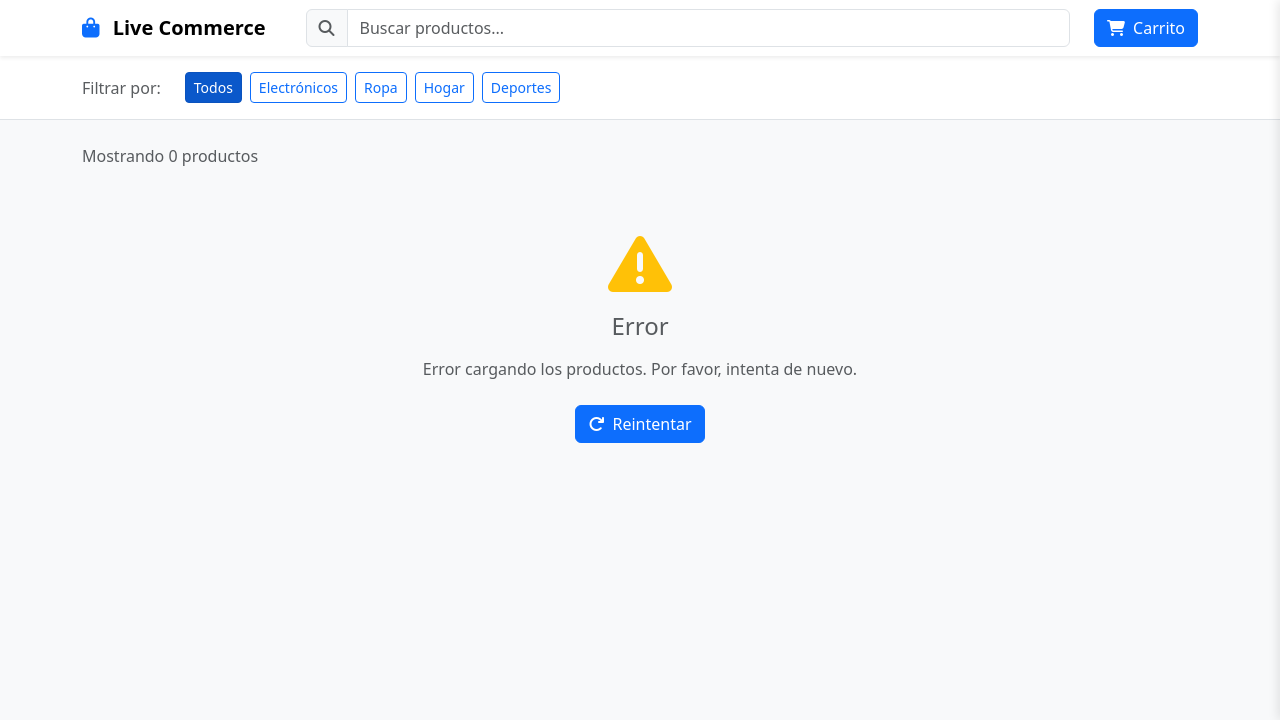
Repository: manucavallera/Jadeshop
Page: frontend/tienda/index.html
An editor plug-in stored every save of this project. The page is shown before and after the next save, followed by the edit.
The browser window is 1280 px wide. The pictures show the whole page.
The page's requests for data from a server got no answer.

Above is the page before, as saved 2025-09-18 15:58:43.

After the next save:
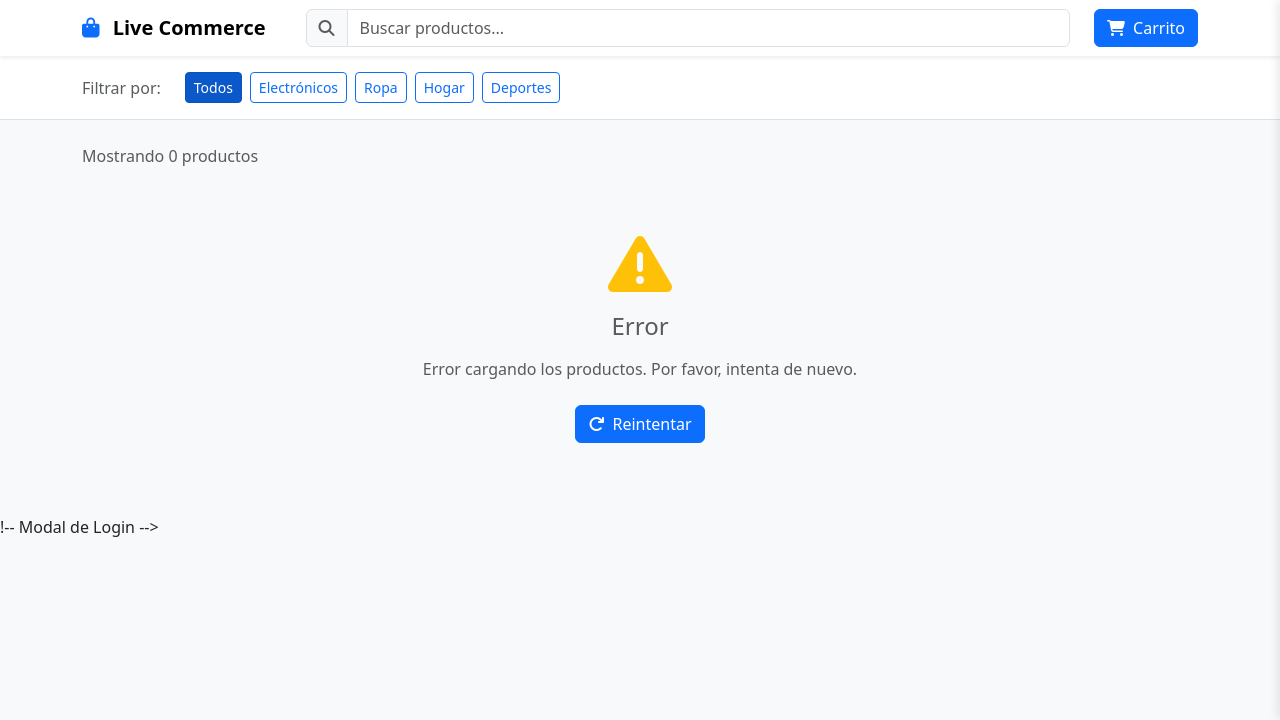
Saved 4 min 51 s later.
--- a/frontend/tienda/index.html
+++ b/frontend/tienda/index.html
@@ -228,6 +228,76 @@
       </div>
     </div>
 
+    !-- Modal de Login -->
+    <div class="modal fade" id="loginModal" tabindex="-1">
+      <div class="modal-dialog">
+        <div class="modal-content">
+          <div class="modal-header">
+            <h5 class="modal-title">Ingresar Datos</h5>
+            <button
+              type="button"
+              class="btn-close"
+              data-bs-dismiss="modal"
+            ></button>
+          </div>
+          <div class="modal-body">
+            <p class="text-muted mb-3">
+              Para continuar con tu compra, necesitamos algunos datos:
+            </p>
+            <form id="loginForm">
+              <div class="mb-3">
+                <label class="form-label">Email *</label>
+                <input
+                  type="email"
+                  class="form-control"
+                  id="loginEmail"
+                  required
+                />
+              </div>
+              <div class="mb-3">
+                <label class="form-label">Nombre completo *</label>
+                <input
+                  type="text"
+                  class="form-control"
+                  id="loginNombre"
+                  required
+                />
+              </div>
+              <div class="mb-3">
+                <label class="form-label">Teléfono</label>
+                <input
+                  type="tel"
+                  class="form-control"
+                  id="loginTelefono"
+                  placeholder="Opcional"
+                />
+              </div>
+              <div class="alert alert-info small">
+                <i class="fas fa-info-circle me-1"></i>
+                Si ya compraste antes, se auto-completarán tus datos.
+              </div>
+            </form>
+          </div>
+          <div class="modal-footer">
+            <button
+              type="button"
+              class="btn btn-secondary"
+              data-bs-dismiss="modal"
+            >
+              Cancelar
+            </button>
+            <button type="button" class="btn btn-primary" id="btnLogin">
+              <span id="loginBtnText">Continuar</span>
+              <span
+                id="loginSpinner"
+                class="spinner-border spinner-border-sm d-none ms-2"
+              ></span>
+            </button>
+          </div>
+        </div>
+      </div>
+    </div>
+
     <!-- Bootstrap JS -->
     <script src="https://cdn.jsdelivr.net/npm/bootstrap@5.3.2/dist/js/bootstrap.bundle.min.js"></script>
 
